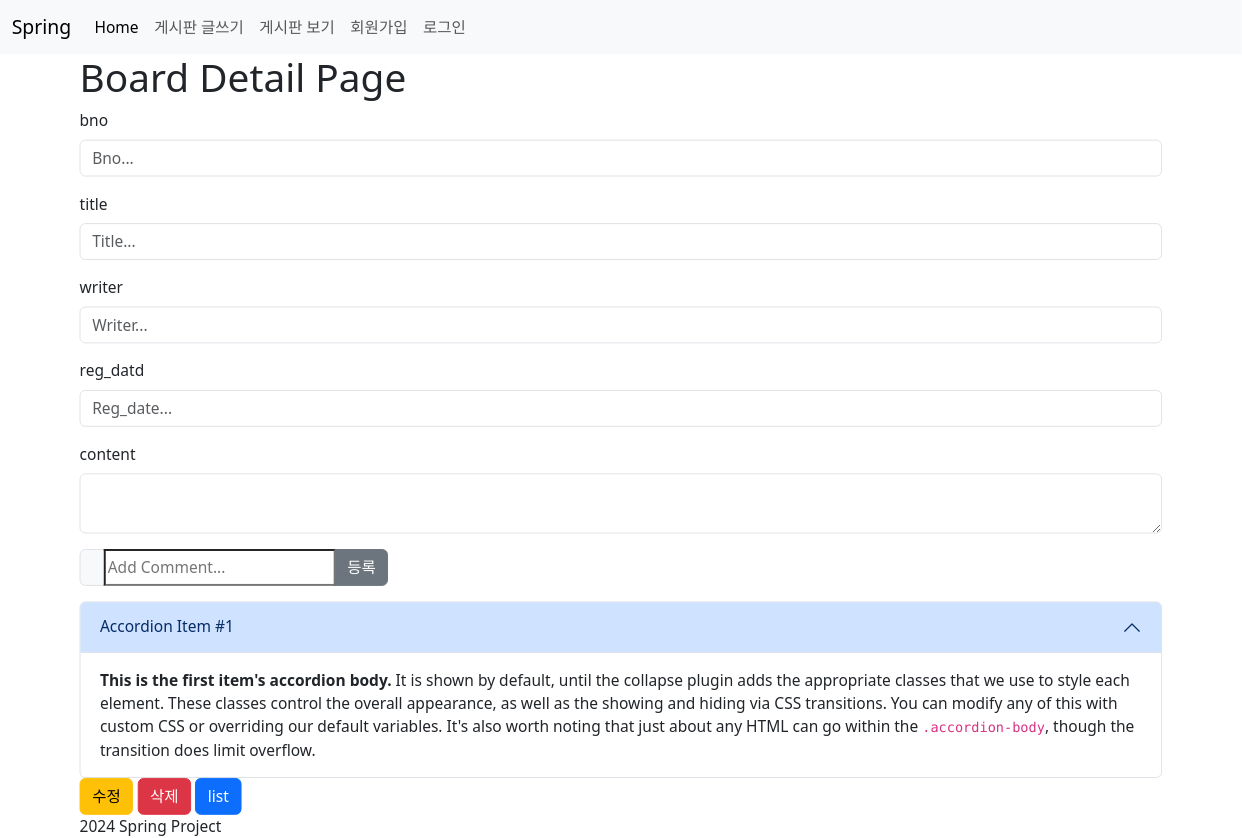
Repository: havanara/240423_SPRING_Project
Page: http://localhost/spring_study/WEB-INF/views/board/detail.jsp
An editor plug-in stored every save of this project. The page is shown before and after the next save, followed by the edit.
The browser window is 1280 px wide. The pictures show the whole page, at 97% of full size.
The page is served by Tomcat 9. Nobody is signed in. The template is opened directly, without the code that normally fills it, so the values that code supplies are empty.

Above is the page before, as saved 2024-04-26 02:45:41.

After the next save:
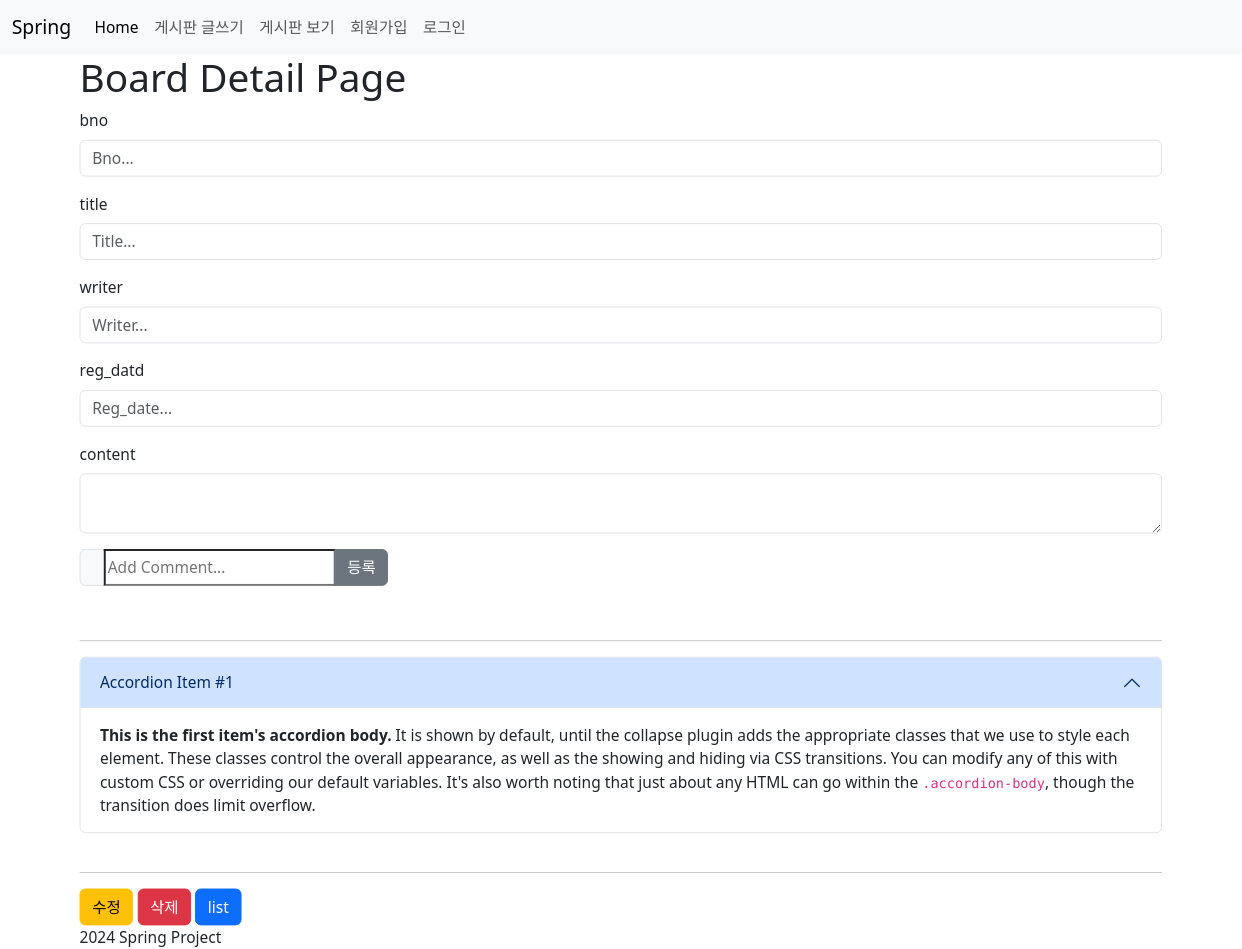
Saved 103 s later.
--- a/spring_study/src/main/webapp/WEB-INF/views/board/detail.jsp
+++ b/spring_study/src/main/webapp/WEB-INF/views/board/detail.jsp
@@ -33,6 +33,7 @@
 	  <input type="text" class="cmtText" placeholder="Add Comment..." aria-label="Username" aria-describedby="basic-addon1">
 	  <button type="button" id="cmtAddBtn" class="btn btn-secondary">등록</button>
 	</div>
+	<br> <hr>
 
 	<!-- 댓글 출력 라인 -->
 	<div class="accordion" id="accordionExample">
@@ -49,6 +50,7 @@
 	    </div>
 	  </div>
 	</div>
+	<br> <hr>
 
 	<a href="/board/modify?bno=${bvo.bno }"><button type="button" class="btn btn-warning">수정</button></a>
 	<a href="/board/remove?bno=${bvo.bno }"><button type="button" class="btn btn-danger">삭제</button></a>
